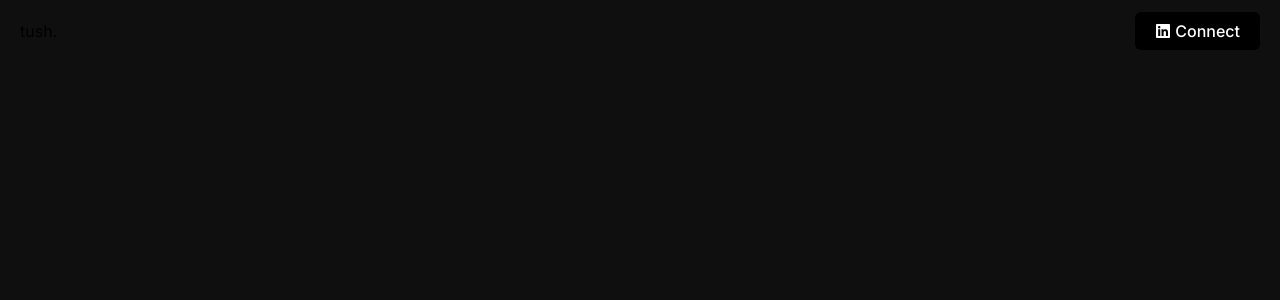
Repository: tushcmd/tushdev-portfolio
Page: /
These files come from the project's save history. The page is drawn as it stood at one moment and after the next save; the edit follows.
The browser window is 1280 px wide. The pictures show the whole page.
The project was rebuilt for these pictures with package versions that can differ from the ones it lists, and the page was loaded fresh each time. The framework's server and built-in components were replaced by stand-ins that run in the browser. Also part of the build but not shown: next.config.js.

Above is the page before, as saved 2023-12-12 05:33:26.

### app/page.tsx
import Navbar from '@/app/ui/nav'

export default function Page() {
  return (
    <div className='flex min-h-screen flex-col items-center justify-between p-24'>
      <Navbar />
    </div>

  );
}

### app/globals.css
@tailwind base;
@tailwind components;
@tailwind utilities;

body {
    background-color: #0F0F0F;
}

/* Tailwind Styles */

/*.app {
    @apply relative z-10 flex justify-center items-center flex-col max-w-3xl mx-auto sm:px-16 px-6;
} */

.connect {
    @apply rounded-md border bg-slate-300 text-sm text-black transition-all hover:bg-slate-800 hover:text-black;
}

### app/ui/nav.tsx
import Image from 'next/image';
import Link from 'next/link';

export default async function Navbar() {
  return (
    <div id='__next'>
      <div className='fixed top-0 left-0 right-0 z-40 transition-shadow duration-1000 bg-light-100 dark:bg-dark-900'>
        <nav className='custom-container px-5 flex items-center justify-between py-3'>
          <a className='family-comfortaa' href='/'>
            tush<span>.</span>
          </a>
          <div className='flex items-center gap-2'>
            <a
              href='https://www.linkedin.com/in/yazdun-fadali/'
              target='_blank'
              rel='_noreferrer'
              className='flex items-center gap-1 bg-black md:hover:bg-blue-900 transition-colors dark:md:hover:bg-slate-200 text-white rounded-md px-5 dark:bg-white dark:text-black font-medium py-[0.45rem]'
            >
              <svg
                stroke='currentColor'
                fill='currentColor'
                stroke-width='0'
                viewBox='0 0 448 512'
                className='mt-[0.03rem]'
                height='1em'
                width='1em'
                xmlns='http://www.w3.org/2000/svg'
              >
                <path d='M416 32H31.9C14.3 32 0 46.5 0 64.3v383.4C0 465.5 14.3 480 31.9 480H416c17.6 0 32-14.5 32-32.3V64.3c0-17.8-14.4-32.3-32-32.3zM135.4 416H69V202.2h66.5V416zm-33.2-243c-21.3 0-38.5-17.3-38.5-38.5S80.9 96 102.2 96c21.2 0 38.5 17.3 38.5 38.5 0 21.3-17.2 38.5-38.5 38.5zm282.1 243h-66.4V312c0-24.8-.5-56.7-34.5-56.7-34.6 0-39.9 27-39.9 54.9V416h-66.4V202.2h63.7v29.2h.9c8.9-16.8 30.6-34.5 62.9-34.5 67.2 0 79.7 44.3 79.7 101.9V416z'></path>
              </svg>
              Connect
            </a>
          </div>
        </nav>
      </div>
    </div>

    //<div className='fixed container z-10 p-3 w-full flex justify-center items-center flex-row border-b-0'>
    //  <nav className='max-w-3xl left-0 top-0 flex w-full border-b pb-6 pt-8 backdrop-blur-2xl justify-between text-sm'>
    //    <Link href="/" className='py-1.5 text-[20px] text-[#FFF0C1]'>
    //        tush<span>.</span>
    //    </Link>
    //
    //    <a href="https://twitter.com/skrr8p" className='connect border-gray-300 '>
    //      <button type='button'>
    //        <Image
    //          src='/public/linkedin.svg'
    //          width='24'
    //          height='24'
    //          alt='LinkedIn Icon'
    //        />
    //        Connect
    //      </button>
    //    </a>
    //  </nav>
    //</div>

    // <div className='z-10 max-w-5xl w-full it
    //   <p className='fixed left-0 top-0 flex w-full justify-center border-b border-gray-300 bg-gradient-to-b from-zinc-200 pb-6 pt-8 backdrop-blur-2xl dark:border-neutral-800 dark:bg-zinc-800/30 dark:from-inherit lg:static lg:w-auto  lg:rounded-xl lg:border lg:bg-gray-200 lg:p-4 lg:dark:bg-zinc-800/30ems-center justify-between font-mono text-sm lg:flex'>'>
    //     Get started by editing&nbsp;
    //     <code className='font-mono font-bold'>app/page.tsx</code>
    //   </p>
    //   <div className='fixed bottom-0 left-0 flex h-48 w-full items-end justify-center bg-gradient-to-t from-white via-white dark:from-black dark:via-black lg:static lg:h-auto lg:w-auto lg:bg-none'>
    //     <a
    //       className='pointer-events-none flex place-items-center gap-2 p-8 lg:pointer-events-auto lg:p-0'
    //       href='https://vercel.com?utm_source=create-next-app&utm_medium=appdir-template&utm_campaign=create-next-app'
    //       target='_blank'
    //       rel='noopener noreferrer'
    //     >
    //       By{' '}
    //       <Image
    //         src='/vercel.svg'
    //         alt='Vercel Logo'
    //         className='dark:invert'
    //         width={100}
    //         height={24}
    //         priority
    //       />
    //     </a>
    //   </div>
    // </div>
  );
}

### tailwind.config.ts
import type { Config } from 'tailwindcss'

const config: Config = {
  content: [
    './pages/**/*.{js,ts,jsx,tsx,mdx}',
    './components/**/*.{js,ts,jsx,tsx,mdx}',
    './app/**/*.{js,ts,jsx,tsx,mdx}',
  ],
  theme: {
    extend: {
      screens: {
        sm: '480px',
        md: '768px',
        lg: '976px',
        xl: '1440px',
      },
    },
  },
  plugins: [],
}
export default config

Loaded but not shown: app/layout.tsx (common file)

After the next save:
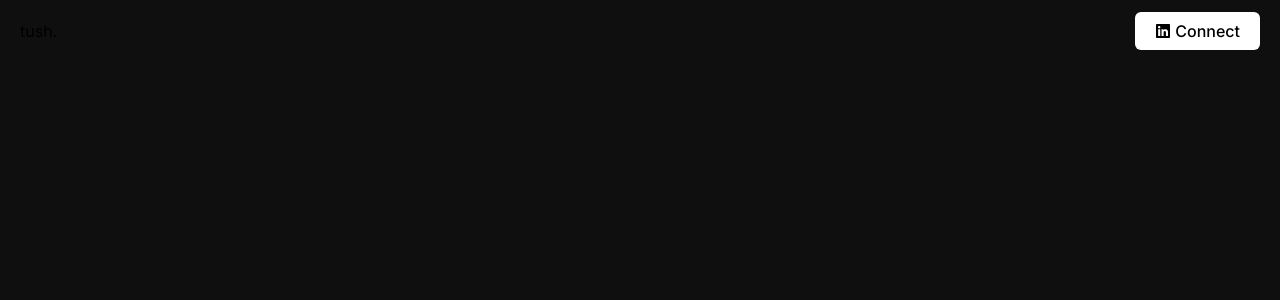
Saved 6 min 19 s later.
--- a/app/ui/nav.tsx
+++ b/app/ui/nav.tsx
@@ -11,10 +11,10 @@
           </a>
           <div className='flex items-center gap-2'>
             <a
-              href='https://www.linkedin.com/in/yazdun-fadali/'
+              href='https://www.linkedin.com/in/muturi-david-44b505208/'
               target='_blank'
               rel='_noreferrer'
-              className='flex items-center gap-1 bg-black md:hover:bg-blue-900 transition-colors dark:md:hover:bg-slate-200 text-white rounded-md px-5 dark:bg-white dark:text-black font-medium py-[0.45rem]'
+              className='flex items-center gap-1 bg-white transition-colors md:hover:bg-slate-200 rounded-md px-5 dark text-black font-medium py-[0.45rem]'
             >
               <svg
                 stroke='currentColor'
